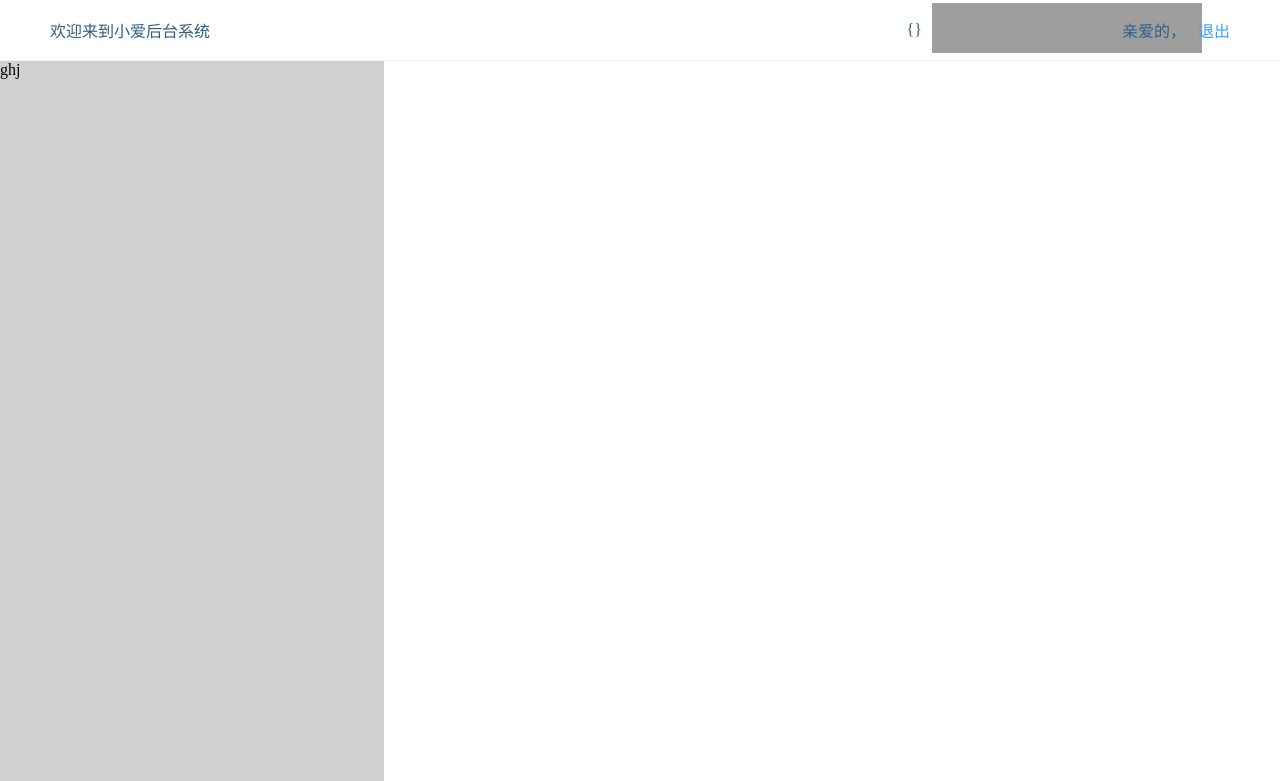
Repository: ZHANG-0714/backstage
Page: /home
These files come from the project's save history. The page is drawn as it stood at one moment and after the next save; the edit follows.
The browser window is 1280 px wide. The pictures show the whole page.
Pictures or frames that could not be fetched are drawn as grey boxes. The project was rebuilt for these pictures with package versions that can differ from the ones it lists, and the page was loaded fresh each time. Also part of the build but not shown: vue.config.js, src/views/Home.vue.

Above is the page before, as saved 2020-08-31 18:06:33.

After the next save:
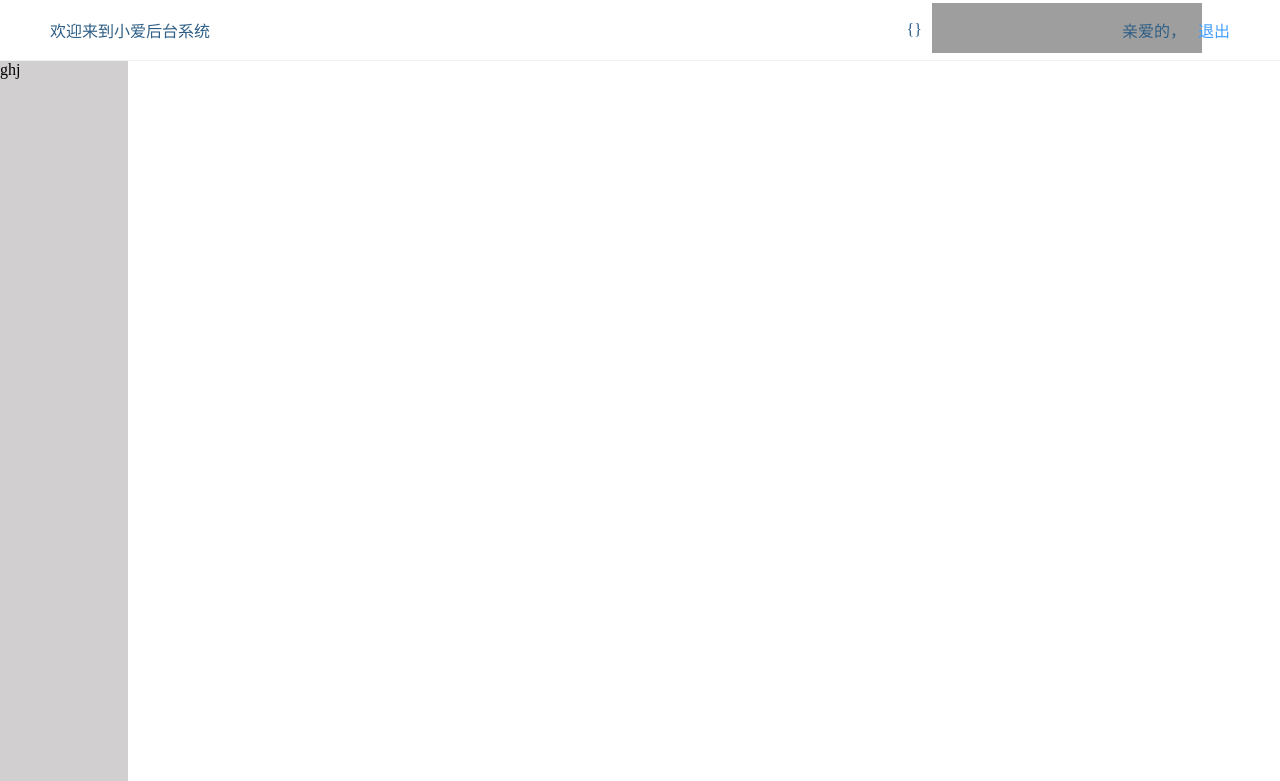
Saved 5 s later.
--- a/src/components/public/Sidebar.vue
+++ b/src/components/public/Sidebar.vue
@@ -20,7 +20,7 @@ export default {
 
 <style scoped lang='scss'>
 .side {
-  width: 30vw;
+  width: 10vw;
   height: 100vh;
   background: rgb(209, 207, 207);
 }
